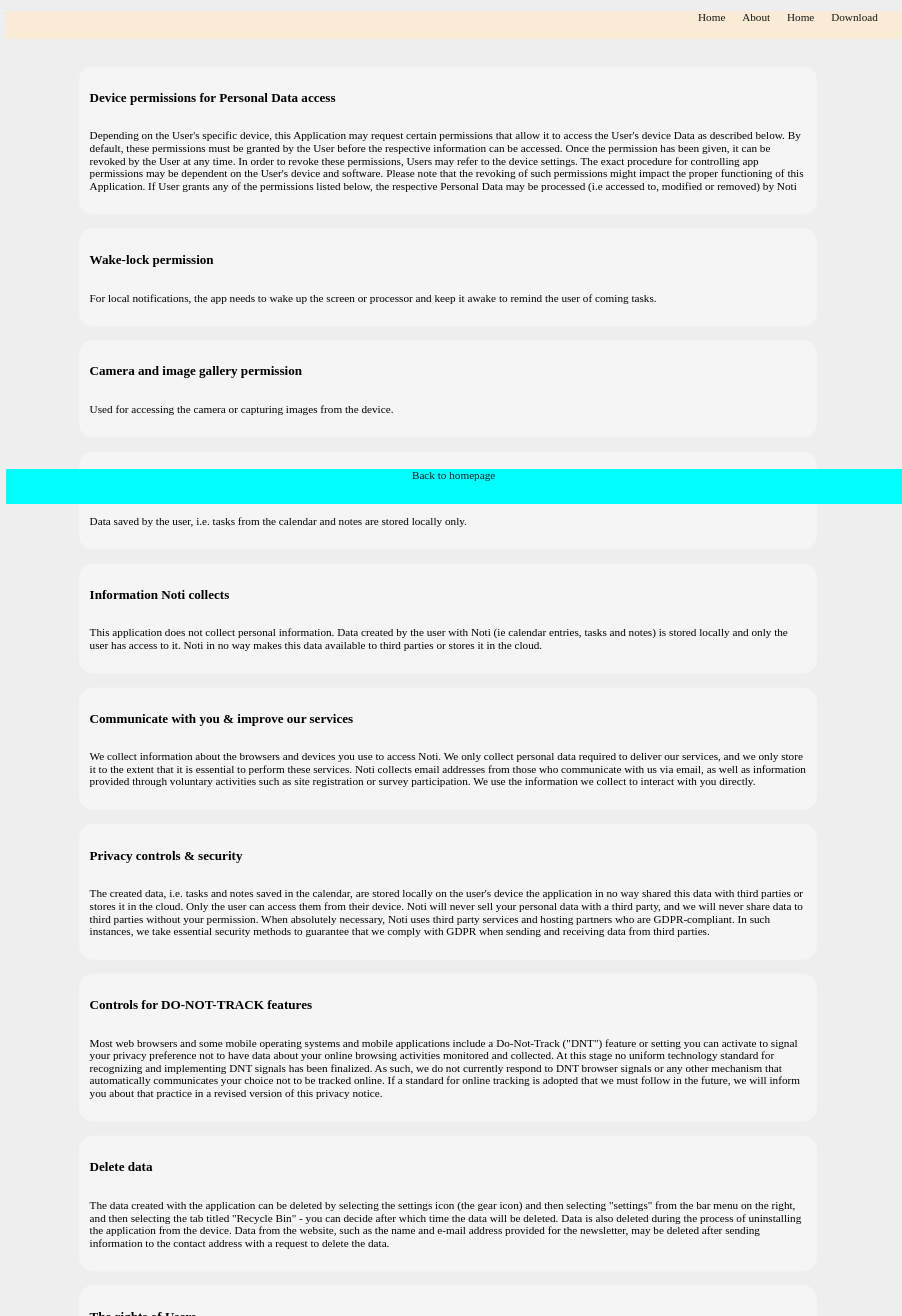
Repository: RafalSiuta/notiweb
Page: policy.html
The author's editor kept a copy of each file at every save. The page is drawn from the files as they stood at one save, then again after the next save.
The browser window is 1280 px wide. The page is 1288 px wide, so the pictures cover 1288 px, including what lies to the right of the window. The pictures show the part of the page from y = 0 to 1880 px (the page is 2997 px tall before and 3010 px after), at 70% of full size.

Above is the page before, as saved 2024-12-15 02:05:48.

### policy.html
<!DOCTYPE html>
<!--[if lt IE 7]>      <html class="no-js lt-ie9 lt-ie8 lt-ie7"> <![endif]-->
<!--[if IE 7]>         <html class="no-js lt-ie9 lt-ie8"> <![endif]-->
<!--[if IE 8]>         <html class="no-js lt-ie9"> <![endif]-->
<!--[if gt IE 8]>      <html class="no-js"> <!--<![endif]-->
<html>
    <head>
        <meta charset="utf-8">
        <meta http-equiv="X-UA-Compatible" content="IE=edge">
        <title>Noti privacy policy</title>
        <meta name="Noti mobile app privacy policy" content="">
        <meta name="viewport" content="width=device-width, initial-scale=1">
        <link rel="stylesheet" href="/styles/styles.css">
    </head>
    <body>
        <nav>
            <ul>
                <li><a href="index.html">Home</a></li>
                <li><a href="index.html">About</a></li>
                <li><a href="index.html">Home</a></li>
                <li><a href="index.html">Download</a></li>
            </ul>
        </nav>
        <header>
            <h1>Privacy policy</h1>
        </header>
        <div class="main">
            <div class="item">
                <h3>Device permissions for Personal Data access</h3>
                <p>Depending on the User's specific device, this Application may request certain permissions that allow it to access the
                    User's device Data as described below.
                    By default, these permissions must be granted by the User before the respective information can be accessed. Once
                    the
                    permission has been given, it can be revoked by the User at any time. In order to revoke these permissions, Users
                    may
                    refer to the device settings.
                    The exact procedure for controlling app permissions may be dependent on the User's device and software.
                    Please note that the revoking of such permissions might impact the proper functioning of this Application.
                    If User grants any of the permissions listed below, the respective Personal Data may be processed (i.e accessed to,
                    modified or removed) by Noti</p>
            </div>
            <div class="item">
                <h3>Wake-lock permission</h3>
                <p>For local notifications, the app needs to wake up the screen or processor and keep it awake to remind the user of coming
                tasks.</p>
            </div>
            <div class="item">
                <h3>Camera and image gallery permission</h3>
                <p>Used for accessing the camera or capturing images from the device.</p>
            </div>
            <div class="item">
                <h3>Read and write external storage permission</h3>
                <p>Data saved by the user, i.e. tasks from the calendar and notes are stored locally only.</p>
            </div>
            <div class="item">
                <h3>Information Noti collects</h3>
                <p>This application does not collect personal information. Data created by the user with Noti (ie calendar entries,
                tasks
                and notes) is stored locally and only the user has access to it. Noti in no way makes this data available to third
                parties or stores it in the cloud.</p>
            </div>
            <div class="item">
                <h3>Communicate with you & improve our services</h3>
                <p>We collect information about the browsers and devices you use to access Noti.
                We only collect personal data required to deliver our services, and we only store it to the extent that it is
                essential
                to perform these services.
                Noti collects email addresses from those who communicate with us via email, as well as information provided through
                voluntary activities such as site registration or survey participation. We use the information we collect to
                interact
                with you directly.</p>
            </div>
            <div class="item">
                <h3>Privacy controls & security</h3>
                <p>The created data, i.e. tasks and notes saved in the calendar, are stored locally on the user's device
                the application in no way
                shared this data with third parties or stores it in the cloud. Only the user can access them from their device.
                Noti will never sell your personal data with a third party, and we will never share data to third parties without
                your permission. When absolutely necessary, Noti uses third party services and hosting partners who are
                GDPR-compliant. In such instances, we take essential security methods to guarantee that we comply with GDPR when sending
                and receiving data from third parties.</p>
            </div>
            <div class="item">
                <h3>Controls for DO-NOT-TRACK features</h3>
                <p>Most web browsers and some mobile operating systems and mobile applications include a Do-Not-Track ("DNT") feature or
                setting you can activate to signal your privacy preference not to have data about your online browsing activities
                monitored and collected. At this stage no uniform technology standard for recognizing and implementing DNT signals has
                been finalized. As such, we do not currently respond to DNT browser signals or any other mechanism that automatically
                communicates your choice not to be tracked online. If a standard for online tracking is adopted that we must follow in
                the future, we will inform you about that practice in a revised version of this privacy notice.</p>
            </div>
            <div class="item">
                <h3>Delete data</h3>
                <p>The data created with the application can be deleted by selecting the settings icon (the gear icon) and then selecting
                "settings" from the bar menu on the right, and then selecting the tab titled "Recycle Bin" - you can decide after which
                time the data will be deleted. Data is also deleted during the process of uninstalling the application from the device.
                Data from the website, such as the name and e-mail address provided for the newsletter, may be deleted after sending
                information to the contact address with a request to delete the data.</p>
            </div>
            <div class="item">
                <h3>The rights of Users</h3>
                <p>In brief: In some regions, such as the European Economic Area (EEA) and the United Kingdom (United Kingdom), you have
                rights that give you greater access to and control over your personal information. You can review, change or close your
                account at any time. In some regions (such as the EEA and UK) you have certain rights under applicable data protection
                laws. They may include the right - to request access and obtain a copy of your personal data, to request rectification
                or deletion, to limit the processing of your personal data and, where applicable, to transfer data. In certain
                circumstances, you may also have the right to object to the processing of your personal data. To make such a request,
                please use the contact details provided below. We will consider and take action upon request in accordance with
                applicable data protection laws. If we are relying on your consent to process your personal data, you have the right to
                withdraw your consent at any time. Remember, however, that this will not affect the lawfulness of processing prior to
                its withdrawal or the processing of your personal data based on lawful grounds for processing other than consent. If you
                are an EEA or UK resident and you believe that we are processing your personal data unlawfully, you also have the right
                to lodge a complaint with your local data protection supervisory authority <br>
                Their contact details can be found here:
                <a href="https://ec.europa.eu/newsroom/article29/items/612080">National Data Protection Authorities</a><br>
                If you are a resident in Switzerland, the contact details for the data protection authorities are available here: <a
                    href="https://www.edoeb.admin.ch/edoeb/en/home.html.">Ein Fehler ist aufgetreten</p>
            </div>
            <div class="item">
                <h3>Do California residents have specific privacy rights?</h3>
                <p>In brief: Yes, if you live in California you have certain rights to access your personal information. Section 1798.83 of
                the California Civil Code, also known as the "Shine The Light" Act, allows our California users to request and obtain
                from us once a year and free of charge information on the categories of personal information (if any) disclosed to third
                parties for direct marketing purposes as well as the names and addresses of all third parties with whom we shared
                personal data in the immediately preceding calendar year. If you are a California resident and wish to make such a
                request, please send us your request to the email address provided below. If you are under the age of 18, live in
                California and have a registered account, you have the right to request the deletion of unwanted data. To request
                deletion of such data, please contact us using the contact details provided below, providing the email address
                associated with your account and a statement that you live in California. We will make sure that the data is not
                publicly displayed in the Application, however, it should be remembered that this data may not be completely or
                comprehensively removed from all our systems (e.g. backups, etc.).</p>
            </div>
            <div class="item">
                <h3>Cookies</h3>
                <p>Cookies are required on Noti Website. We use them to collect visitors' preferences and thus to better optimize the
                user experience. Users can disable cookies in their browser settings. But please note that our services rely on cookies
                to function properly, and you may not be able to access certain features on our Website after disabling them.</p>
            </div>
            <div class="item">
                <h3>Changes to This Policy</h3>
                <p>If our Privacy Policy is changed in the future, we will not limit your rights under this Privacy Policy without your
                express consent. We always indicate the publication date of the latest changes. If the changes are significant, we will
                send you a more prominent notice (including, for certain services, an email notification of changes to the Privacy
                Policy).
                Please check back periodically to stay informed of any updates or changes to this Privacy Policy. By continuing to
                access and use Noti, you agree to be bound by the revised policy.
                </p>
            </div>
            <div class="item">
                <h3>Contact Us</h3>
                <p>If you have any questions about this Policy, please email us at <b>r85unit@gmail.com</b> with topic: "Privacy Questions”
                in the title line.
                </p>
            </div>
        </div>

        <footer>
            <a class="policy-link" href="index.html">Back to homepage</a>
        </footer>
        <script src="" async defer></script>
    </body>
</html>

### styles/styles.css
@font-face {
    font-family: "Exo-medium";
    src:url("fonts/Exo2-Medium.ttf") format("ttf");
    font-family: "Exo-black";
    src: url("fonts/Exo2-Black.ttf") format("ttf");

}
body {
    background-color: #EEEEEE;

}

nav ul{
    width: 95vw;
    height: 40px;
    top: 0;
    padding-right:50px;
    background-color: antiquewhite;
    position: fixed;
    text-align: right;
}

li{
    display: inline;
    margin: 10px;
}
a {
    color: #161616;
    font-size: 1em;
    text-decoration: none;
    font-family: "Exo-medium";
    z-index: 2;
}
.main{
    display: flex;
    flex-direction: column;
    align-items: center;
    padding: 70px auto;
}

h1{
    font-family: "Exo-black";
    font-size: 1.2em;
    color: #161616;
}

section{
    width: 100vw;
    height: 100vh;
    display: flex;
    justify-content: center;
    align-items: center;
}
footer{
    bottom: 0;
    height: 50px;
    width: 100vw;
    background-color: aqua;
    position: fixed;
    text-align: center;
    z-index: 2;
}
.policy-link{
    font-family: "Exo-medium";
    font-size: 1em;
    color: #161616;
    padding: 5px;
}
.item {
    display: flex;
    flex-direction: column;
    width: 80vw;
    text-align: left;
    margin: 10px auto;
    background-color: #f5f5f5;
    padding: 15px;
    border-radius: 20px;
}
header{
    width: 100vw;
    height: 10vh;
    text-align: left;

}

After the next save:
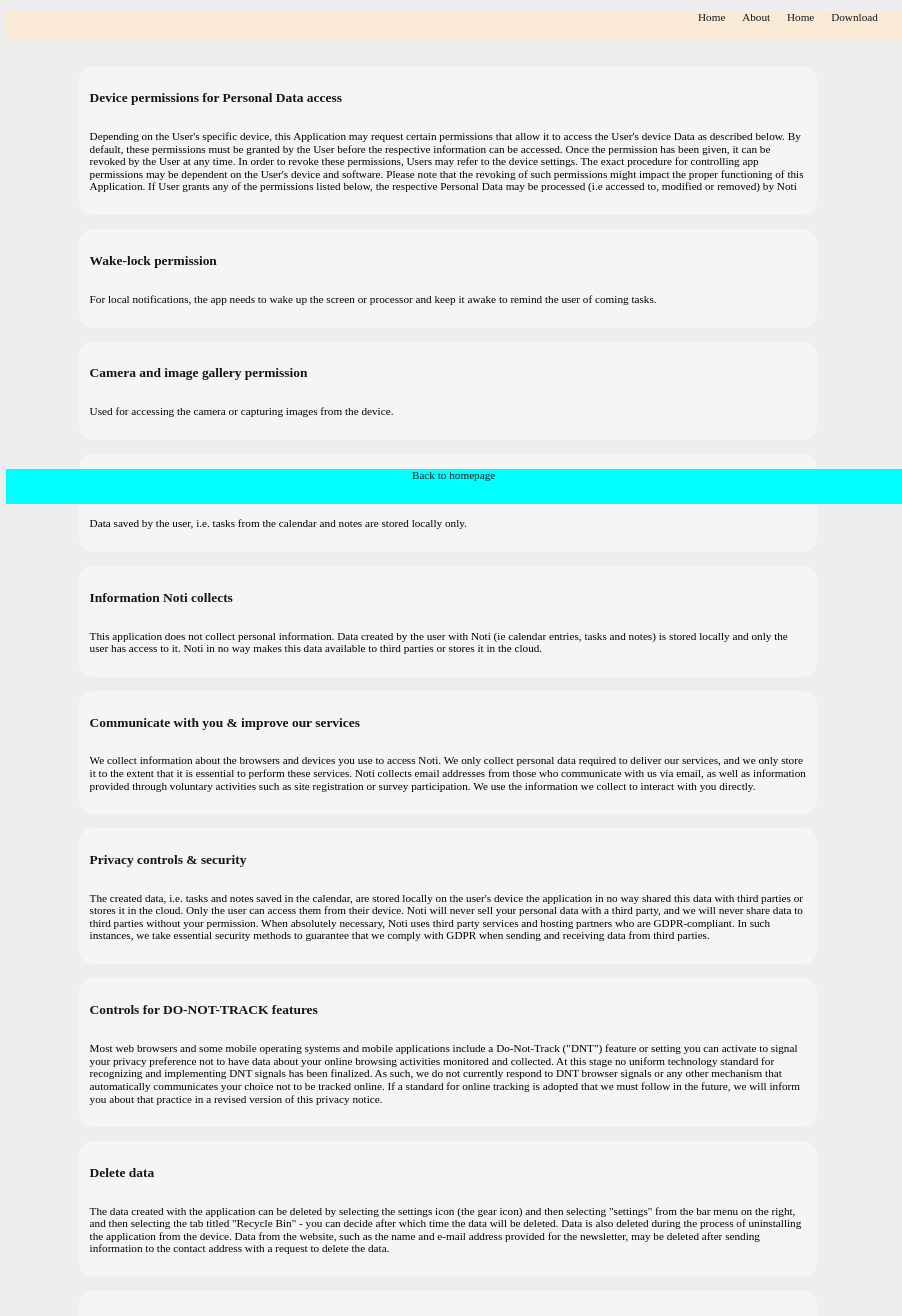
Saved 17 s later.
--- a/styles/styles.css
+++ b/styles/styles.css
@@ -38,7 +38,7 @@
     padding: 70px auto;
 }
 
-h1{
+h1, h3{
     font-family: "Exo-black";
     font-size: 1.2em;
     color: #161616;
